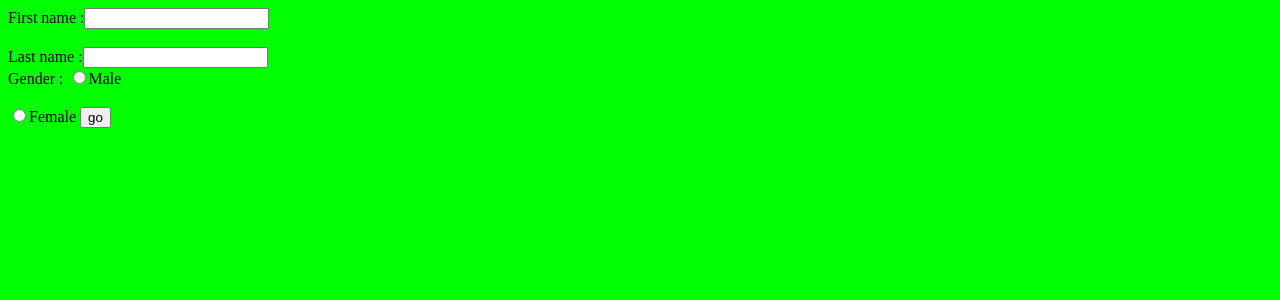
Repository: akale1992/Learning-HIBERNATE-SERVLETS
Page: jspdemo/WebContent/Welcome.html
An editor plug-in stored every save of this project. The page is shown before and after the next save, followed by the edit.
The browser window is 1280 px wide. The pictures show the whole page.

Above is the page before, as saved 2015-09-15 04:30:46.

### jspdemo/WebContent/Welcome.html
<!DOCTYPE html>
<html>
<head>
<meta charset="ISO-8859-1">
<title>Insert title here</title>
</head>
<body bgcolor="lime">
<form action="index.jsp">
First name :<input type="text" name="fname"><br><br>
Last name  :<input type="text" name="lname"><br>
Gender : <input type="radio" value="male" name="r1">Male<br><br>
<input type="radio" value="Female" name="r1">Female
<input type="submit" value="go">
</form>

</body>
</html>

After the next save:
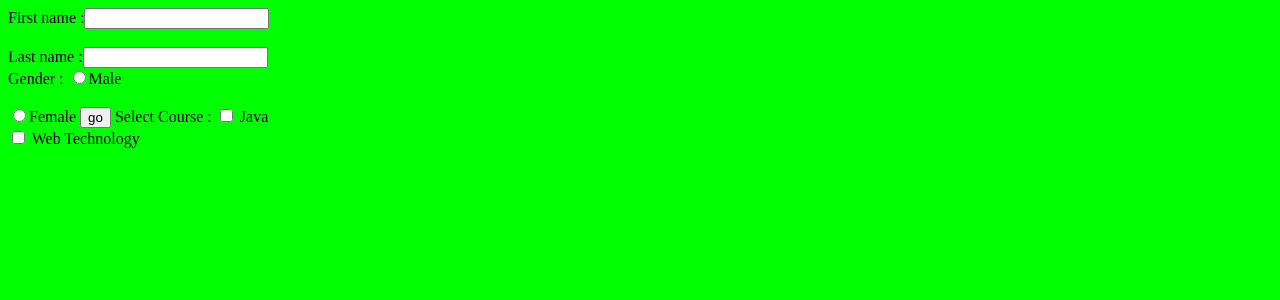
Saved 3 min 13 s later.
--- a/jspdemo/WebContent/Welcome.html
+++ b/jspdemo/WebContent/Welcome.html
@@ -11,6 +11,8 @@ Last name  :<input type="text" name="lname"><br>
 Gender : <input type="radio" value="male" name="r1">Male<br><br>
 <input type="radio" value="Female" name="r1">Female
 <input type="submit" value="go">
+Select Course : <input type="checkbox" name="java"> Java<br>
+ <input type="checkbox" name="web "> Web Technology
 </form>
 
 </body>
